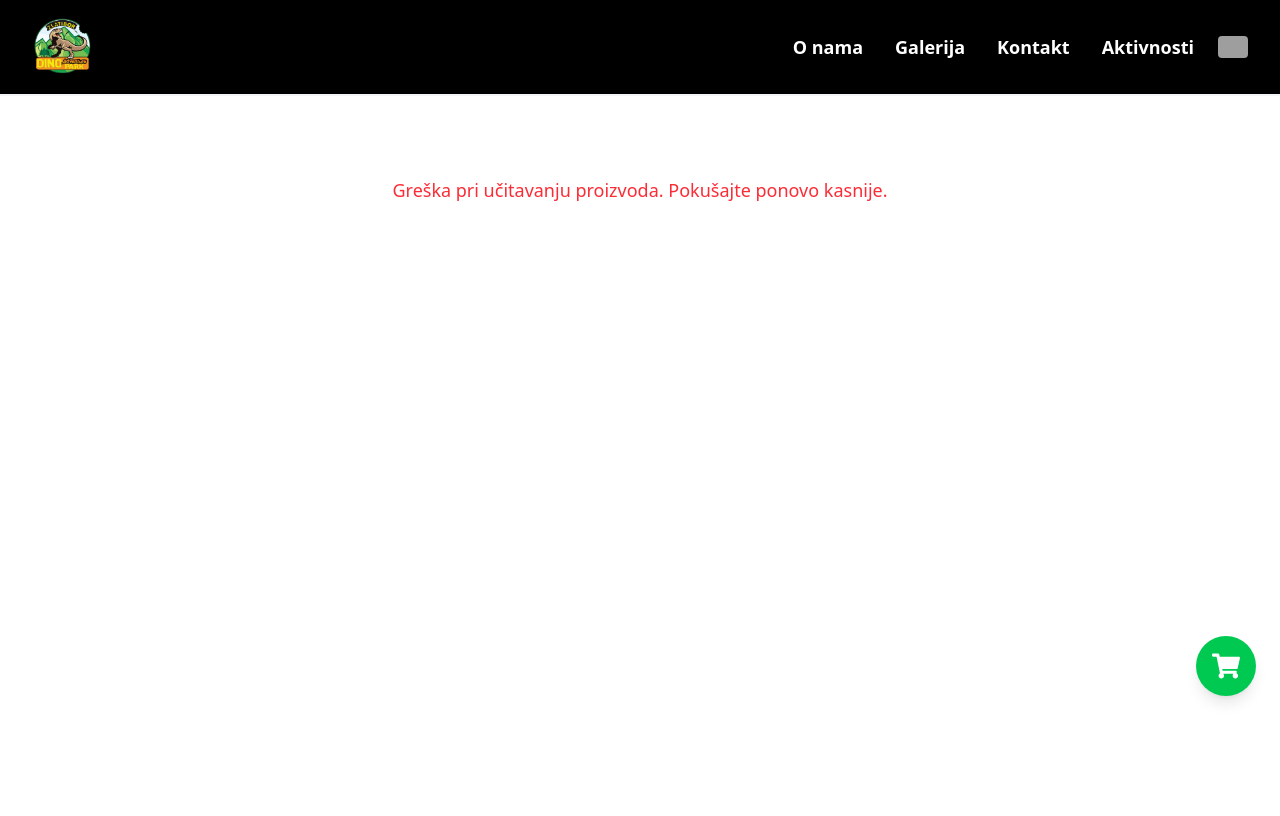
Repository: dimitrijekokovic/dinoparkk
Page: /shop
The author's editor kept a copy of each file at every save. The page is drawn from the files as they stood at one save, then again after the next save.
The browser window is 1280 px wide. The pictures show the whole page.
Pictures or frames that could not be fetched are drawn as grey boxes. The page's requests for data from a server got no answer. The project was rebuilt for these pictures with package versions that can differ from the ones it lists, and the page was loaded fresh each time. The framework's server and built-in components were replaced by stand-ins that run in the browser. No one was signed in, and anything a server would have sent is missing. Also part of the build but not shown: next.config.ts.

Above is the page before, as saved 2025-03-21 23:50:55.

After the next save:
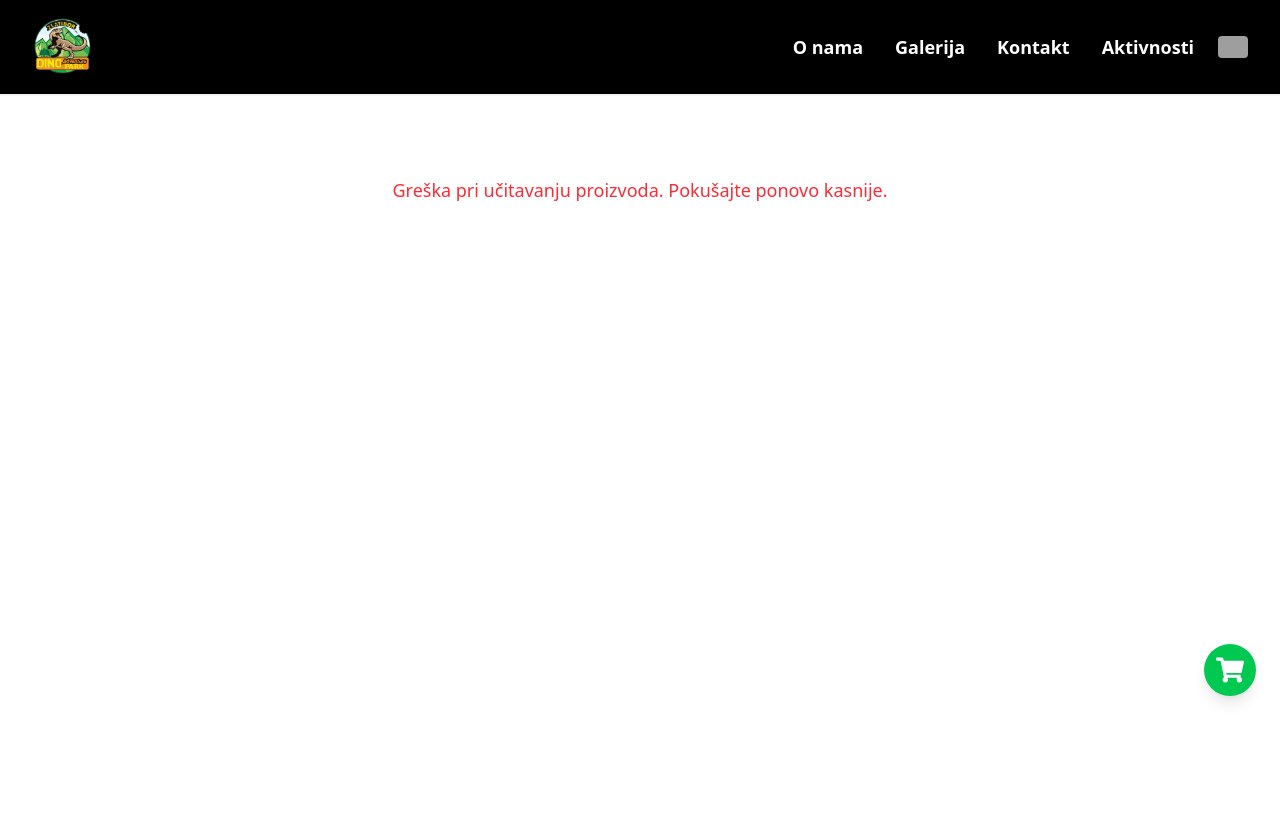
Saved 7 min 51 s later.
--- a/app/shop/components/CartIcon.tsx
+++ b/app/shop/components/CartIcon.tsx
@@ -1,19 +1,31 @@
 "use client";
 
+import { FaShoppingCart } from "react-icons/fa";
 import { useRouter } from "next/navigation";
-import { FaShoppingCart } from "react-icons/fa";
+import { useState, useEffect } from "react";
 
 const CartIcon = () => {
   const router = useRouter();
+  const [cartCount, setCartCount] = useState(0);
+
+  useEffect(() => {
+    // Proveravamo da li već postoji nešto u korpi (može se kasnije proširiti lokalnim skladištem)
+    const storedCart = JSON.parse(localStorage.getItem("cart") || "[]");
+    setCartCount(storedCart.length);
+  }, []);
 
   return (
-    <button
-      onClick={() => router.push("/cart")}
-      className="fixed bottom-6 right-6 bg-green-500 text-white p-4 rounded-full shadow-lg hover:bg-green-600 transition flex items-center justify-center"
-      style={{ width: "60px", height: "60px" }}
+    <div
+      className="fixed bottom-6 right-6 bg-green-500 text-white p-3 rounded-full cursor-pointer shadow-lg hover:bg-green-600 transition"
+      onClick={() => router.push("/shop/cart")}
     >
       <FaShoppingCart size={28} />
-    </button>
+      {cartCount > 0 && (
+        <span className="absolute -top-2 -right-2 bg-red-500 text-white text-xs font-bold px-2 py-1 rounded-full">
+          {cartCount}
+        </span>
+      )}
+    </div>
   );
 };
 
